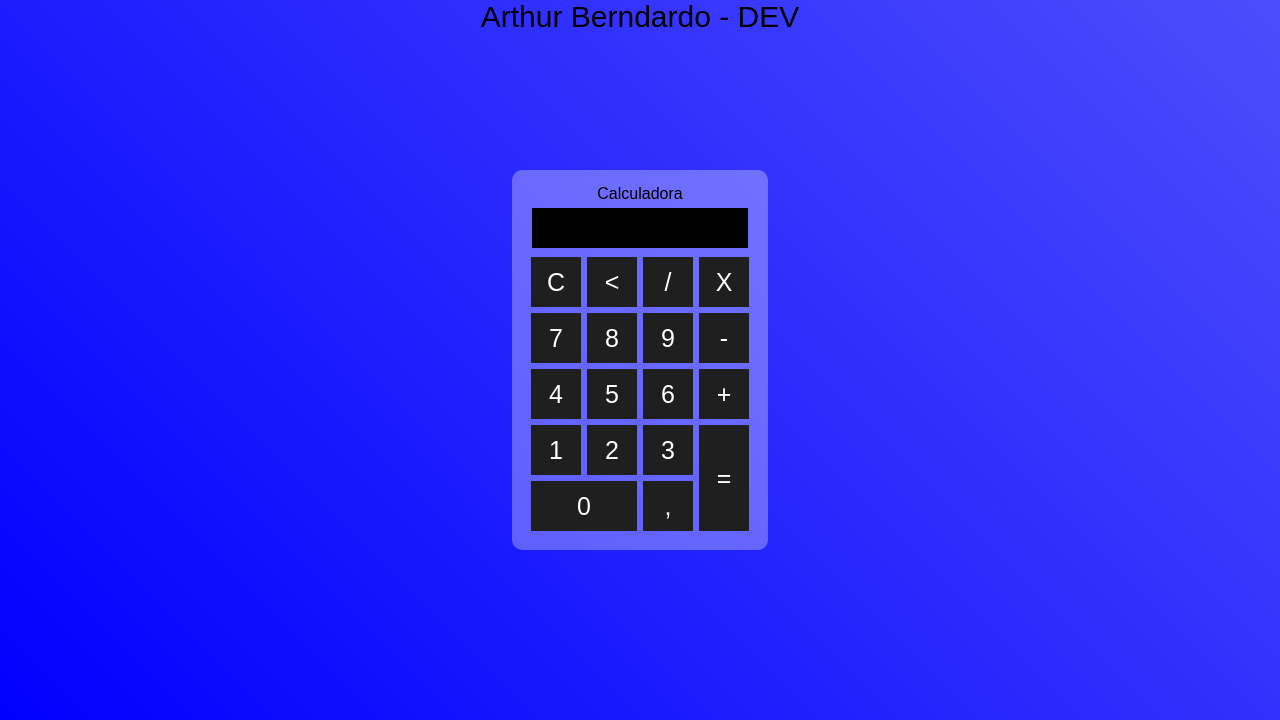
Repository: oThurDev/calculadora
Page: calculadora.html
These files come from the project's save history. The page is drawn as it stood at one moment and after the next save; the edit follows.
The browser window is 1280 px wide. The pictures show the whole page.

Above is the page before, as saved 2022-02-25 16:44:26.

### calculadora.html
<!DOCTYPE html>
<html lang="en">
<head>
    <meta charset="UTF-8">
    <meta name="viewport" content="width=device-width, initial-scale=1.0">
    <link rel="stylesheet" href="style_calculadora.css">
    <script src="./functions.js"></script>
    <title>Calculadora</title>
</head>
<body>
    <div class="fundo">
        <span class="title">Arthur Berndardo - DEV</span>
        <div class="calculadora">
            <span>Calculadora</span>
            <p id="resultado"></p>
            <table>
                <tr>
                    <td><button class="botao" onclick="clean()">C</button></td>
                    <td><button class="botao" onclick="back()"><</button></td>
                    <td><button class="botao" onclick="insert('/')">/</button></td>
                    <td><button class="botao" onclick="insert('*')">X</button></td>
                </tr>
                <tr>
                    <td><button class="botao" onclick="insert('7')">7</button></td>
                    <td><button class="botao" onclick="insert('8')">8</button></td>
                    <td><button class="botao" onclick="insert('9')">9</button></td>
                    <td><button class="botao" onclick="insert('-')">-</button></td>
                </tr>
                <tr>
                    <td><button class="botao" onclick="insert('4')">4</button></td>
                    <td><button class="botao" onclick="insert('5')">5</button></td>
                    <td><button class="botao" onclick="insert('6')">6</button></td>
                    <td><button class="botao" onclick="insert('+')">+</button></td>
                </tr>
                <tr>
                    <td><button class="botao" onclick="insert('1')">1</button></td>
                    <td><button class="botao" onclick="insert('2')">2</button></td>
                    <td><button class="botao" onclick="insert('3')">3</button></td>
                    <td rowspan="2"><button class="botao" style="height: 106px;" onclick="calcular()">=</button></td>
                </tr>
                <tr>
                    <td colspan="2"><button class="botao" style="width: 106px;" onclick="insert('0')">0</button></td>
                    <td><button class="botao" onclick="insert(',')">,</button></td>
                </tr>
            </table>
        </div>
    </div>
</body>
</html>

### style_calculadora.css
*{
    margin: 0;
    padding: 0;
}

.fundo{
    background-image: linear-gradient(45deg, blue, rgb(77, 77, 252));
    height: 100vh;
    color: black;
    font-family: Arial, Helvetica, sans-serif;
    text-align: center;
}

.title{
    font-size: 30px;
}

.calculadora{
    position: absolute;
    background-color: rgba(255, 255, 255, 0.3);
    top: 50%;
    left: 50%;
    transform: translate(-50%, -50%);
    border-radius: 10px;
    padding: 15px;
}

.botao{
    width: 50px;
    height: 50px;
    font-size: 25px;
    cursor: pointer;
    background-color: rgb(31, 31, 31);
    border: none;
    color: white;
    margin: 2px;
}

.botao:hover{
    background-color: black;
}

#resultado{
    background-color: black;
    height: 30px;
    margin: 5px;
    font-size: 20px;
    text-align: right;
    padding: 5px;
}

### functions.js
function insert(num)
{
    var numero = document.getElementById('resultado').innerHTML;
    document.getElementById('resultado').innerHTML = numero + num;
}

function clean()
{
    document.getElementById('resultado').innerHTML = "";
}

function back()
{
    var resultado = document.getElementById('resultado').innerHTML;
    document.getElementById('resultado').innerHTML = resultado.substring(0, resultado.length -1)
}

function calcular()
{
    var resultado = document.getElementById('resultado').innerHTML;
    if(resultado)
    {
        document.getElementById('resultado').innerHTML = eval(resultado)
    }
    else
    {
        document.getElementById('resultado').innerHTML = 'nada para calcular'
    }
}

After the next save:
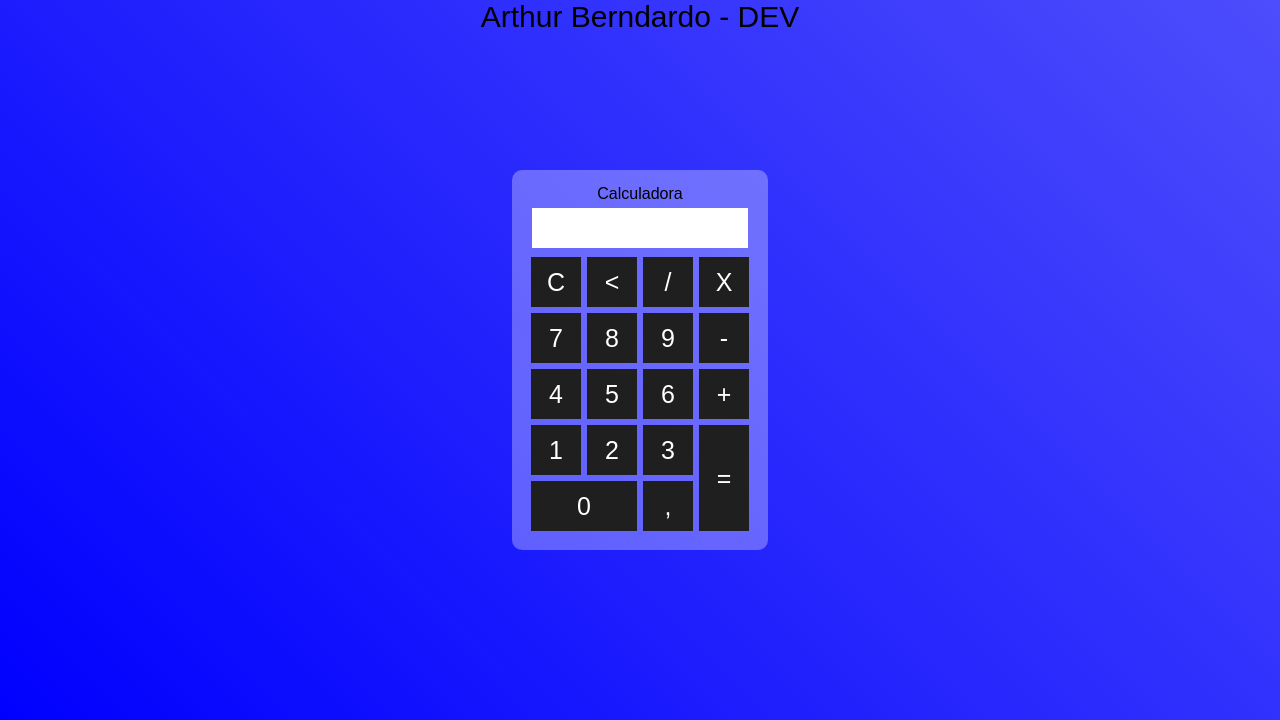
Saved 11 s later.
--- a/style_calculadora.css
+++ b/style_calculadora.css
@@ -41,7 +41,7 @@
 }
 
 #resultado{
-    background-color: black;
+    background-color: white;
     height: 30px;
     margin: 5px;
     font-size: 20px;
